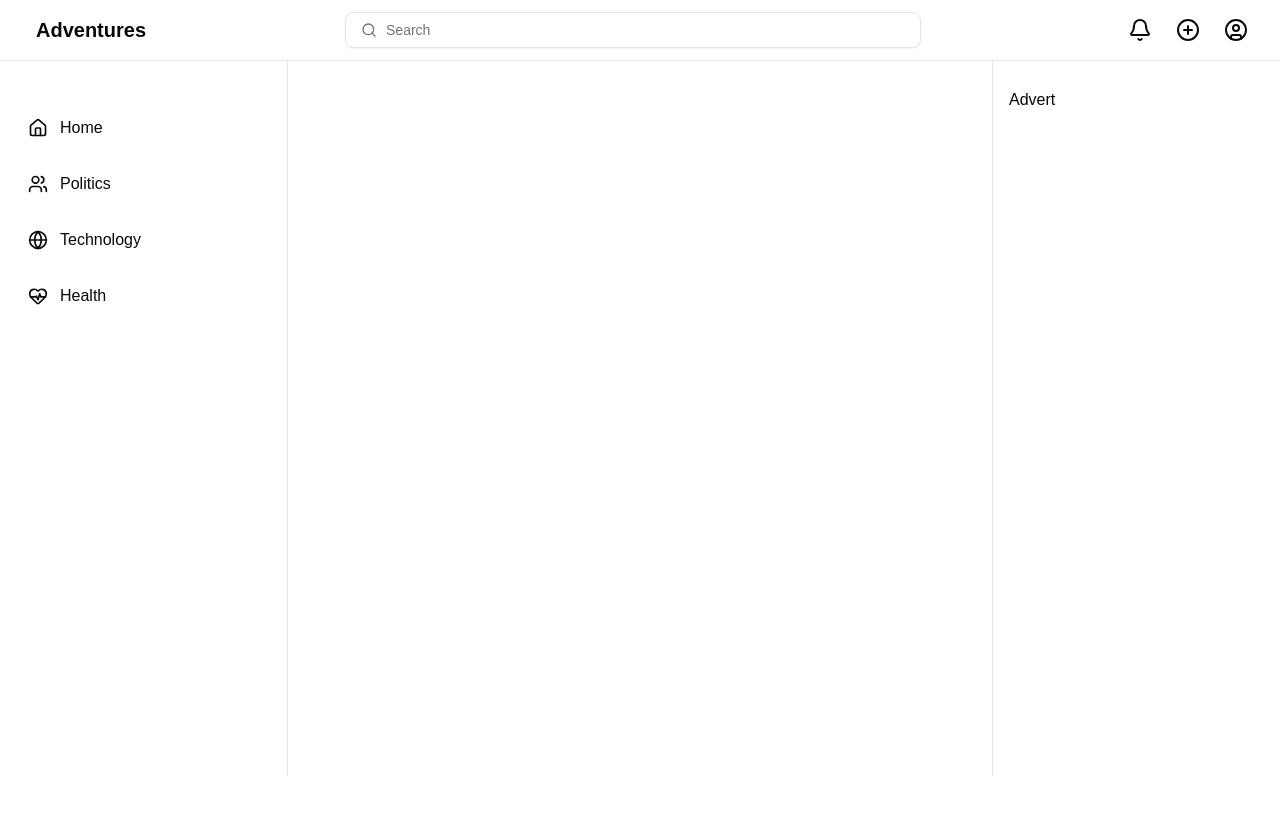
Repository: IssaMuiz/afrixpace-frontend
Page: /
The author's editor kept a copy of each file at every save. The page is drawn from the files as they stood at one save, then again after the next save.
The browser window is 1280 px wide. The pictures show the whole page.
The page's requests for data from a server got no answer. The project was rebuilt for these pictures with package versions that can differ from the ones it lists, and the page was loaded fresh each time. The framework's server and built-in components were replaced by stand-ins that run in the browser. No one was signed in, and anything a server would have sent is missing. Also part of the build but not shown: next.config.ts, components/ui/card.tsx, components/Vote.tsx, components/PostCard.tsx.

Above is the page before, as saved 2025-02-05 04:53:14.

### app/layout.tsx
import type { Metadata } from "next";
import { Geist, Geist_Mono } from "next/font/google";
import "./globals.css";
import Navbar from "@/components/Navbar";
import Sidebar from "@/components/Sidebar";
import AdvertBar from "@/components/Advertbar";

const geistSans = Geist({
  variable: "--font-geist-sans",
  subsets: ["latin"],
});

const geistMono = Geist_Mono({
  variable: "--font-geist-mono",
  subsets: ["latin"],
});

export const metadata: Metadata = {
  title: "Adventurer app",
  description: "Share your adventure experience here",
};

export default function RootLayout({
  children,
}: Readonly<{
  children: React.ReactNode;
}>) {
  return (
    <html lang="en">
      <body
        className={`${geistSans.variable} ${geistMono.variable} min-h-screen antialiased`}
      >
        <Navbar />
        <div className="grid grid-rows-1 lg:grid-rows-[1fr_250px] xl:grid-rows-[250px_1fr_300px] gap-6 h-screen p-4">
          <Sidebar />

          <main className=" lg:mr-[290px]  xl:mx-[300px]">{children}</main>
          <AdvertBar />
        </div>
      </body>
    </html>
  );
}

### app/page.tsx
import Feed from "@/components/Feed";

const HomePage = () => {
  return (
    <div className="h-screen ">
      <Feed />
    </div>
  );
};

export default HomePage;

### components/Navbar.tsx
"use client";
import { Button } from "./ui/button";
import { Input } from "./ui/input";
import { Search } from "lucide-react";
import { Menu } from "lucide-react";
import { BellIcon } from "lucide-react";
import { UserCircle } from "lucide-react";
import { PlusCircle } from "lucide-react";

const Navbar = () => {
  return (
    <nav className="border-b bg-white z-20 fixed left-0 right-0 top-0 border-gray-200 px-6 py-3 flex justify-between items-center">
      <div className="flex space-x-3 items-center">
        <Menu className="xl:hidden block" />
        <h1 className="lg:hidden block text-2xl font-semibold">A</h1>
        <h1 className="text-xl font-semibold hidden lg:flex">Adventures</h1>
      </div>
      <div className="relative max-w-xl flex-1 mx-5">
        <Search className=" h-4 absolute left-3 top-1/2 transform -translate-y-1/2 text-gray-500" />
        <Input
          type="text"
          placeholder="Search"
          className="pl-10 w-full border rounded-lg"
        />
      </div>

      <div className=" flex space-x-2">
        <Button
          className=" hover:bg-gray-300 rounded-full cursor-pointer border-none shadow-none p-2 "
          variant="outline"
        >
          <BellIcon className="min-h-6 min-w-6" />
        </Button>
        <Button
          className=" hover:bg-gray-300 rounded-full cursor-pointer border-none shadow-none p-2 "
          variant="outline"
        >
          <PlusCircle className="min-h-6 min-w-6" />
        </Button>
        <Button
          className=" hover:bg-gray-300 rounded-full cursor-pointer border-none shadow-none p-2 "
          variant="outline"
        >
          <UserCircle className="min-h-6 min-w-6" />
        </Button>

        {/* <Button variant="outline" className="hover:bg-gray-100">
          Login
        </Button>
        <Button className="hover:bg-white hover:text-black ">Sign up</Button> */}
      </div>
    </nav>
  );
};

export default Navbar;

### components/Sidebar.tsx
"use client";

import Link from "next/link";
import { usePathname } from "next/navigation";
import { categories } from "@/constant";
import { cn } from "@/lib/utils";

const Sidebar = () => {
  const pathname = usePathname();
  return (
    <aside className="fixed hidden xl:block top-14 left-0 bottom-0 w-72 border-r border-gray-200 h-screen dark:bg-gray-900 px-4 pt-12">
      <ul className="space-y-2">
        {categories.map((cat) => (
          <li key={cat.name}>
            <Link
              href={`/${cat.path}`}
              className={cn(
                "flex items-center gap-3 p-3 rounded-md hover:bg-gray-200 dark:hover:bg-gray-800 transition",
                pathname === `/${cat.path}` &&
                  "bg-gray-300 dark:bg-gray-700 font-semibold"
              )}
            >
              <cat.icon className="w-5 h-5" />
              <span>{cat.name}</span>
            </Link>
          </li>
        ))}
      </ul>
    </aside>
  );
};

export default Sidebar;

### components/Advertbar.tsx
const AdvertBar = () => {
  return (
    <aside className="hidden lg:block fixed right-0 top-14 bottom-0 w-72 border-l border-gray-200 h-full bg-white pt-8 px-4">
      Advert
    </aside>
  );
};

export default AdvertBar;

### components/Feed.tsx
"use client";

import { useEffect, useState } from "react";
import PostCard from "./PostCard";

interface Post {
  id: string;
  title: string;
  content: string;
  votes: number;
  mediaUrl?: string;
  mediaType: "image" | "video";
}

const Feed = () => {
  const [posts, setPosts] = useState<Post[]>([]);

  useEffect(() => {
    async function fetchPost() {
      const res = await fetch("/api/posts");
      const data = await res.json();
      setPosts(data);
    }
    fetchPost();
  }, []);
  return (
    <section className="space-y-6 mt-20">
      {posts.map((post) => (
        <PostCard key={post.id} post={post} />
      ))}
    </section>
  );
};

export default Feed;

### components/ui/button.tsx
import * as React from "react"
import { Slot } from "@radix-ui/react-slot"
import { cva, type VariantProps } from "class-variance-authority"

import { cn } from "@/lib/utils"

const buttonVariants = cva(
  "inline-flex items-center justify-center gap-2 whitespace-nowrap rounded-md text-sm font-medium transition-colors focus-visible:outline-none focus-visible:ring-1 focus-visible:ring-ring disabled:pointer-events-none disabled:opacity-50 [&_svg]:pointer-events-none [&_svg]:size-4 [&_svg]:shrink-0",
  {
    variants: {
      variant: {
        default:
          "bg-primary text-primary-foreground shadow hover:bg-primary/90",
        destructive:
          "bg-destructive text-destructive-foreground shadow-sm hover:bg-destructive/90",
        outline:
          "border border-input bg-background shadow-sm hover:bg-accent hover:text-accent-foreground",
        secondary:
          "bg-secondary text-secondary-foreground shadow-sm hover:bg-secondary/80",
        ghost: "hover:bg-accent hover:text-accent-foreground",
        link: "text-primary underline-offset-4 hover:underline",
      },
      size: {
        default: "h-9 px-4 py-2",
        sm: "h-8 rounded-md px-3 text-xs",
        lg: "h-10 rounded-md px-8",
        icon: "h-9 w-9",
      },
    },
    defaultVariants: {
      variant: "default",
      size: "default",
    },
  }
)

export interface ButtonProps
  extends React.ButtonHTMLAttributes<HTMLButtonElement>,
    VariantProps<typeof buttonVariants> {
  asChild?: boolean
}

const Button = React.forwardRef<HTMLButtonElement, ButtonProps>(
  ({ className, variant, size, asChild = false, ...props }, ref) => {
    const Comp = asChild ? Slot : "button"
    return (
      <Comp
        className={cn(buttonVariants({ variant, size, className }))}
        ref={ref}
        {...props}
      />
    )
  }
)
Button.displayName = "Button"

export { Button, buttonVariants }

### components/ui/input.tsx
import * as React from "react"

import { cn } from "@/lib/utils"

const Input = React.forwardRef<HTMLInputElement, React.ComponentProps<"input">>(
  ({ className, type, ...props }, ref) => {
    return (
      <input
        type={type}
        className={cn(
          "flex h-9 w-full rounded-md border border-input bg-transparent px-3 py-1 text-base shadow-sm transition-colors file:border-0 file:bg-transparent file:text-sm file:font-medium file:text-foreground placeholder:text-muted-foreground focus-visible:outline-none focus-visible:ring-1 focus-visible:ring-ring disabled:cursor-not-allowed disabled:opacity-50 md:text-sm",
          className
        )}
        ref={ref}
        {...props}
      />
    )
  }
)
Input.displayName = "Input"

export { Input }

### constant.ts
import { Home, Users, Globe, HeartPulseIcon } from "lucide-react";

export const categories = [
  {
    name: "Home",
    icon: Home,
    path: "/",
  },
  {
    name: "Politics",
    icon: Users,
    path: "explore/politics",
  },
  {
    name: "Technology",
    icon: Globe,
    path: "explore/technology",
  },
  {
    name: "Health",
    icon: HeartPulseIcon,
    path: "explore/health",
  },
];

### lib/utils.ts
/* eslint-disable @typescript-eslint/no-explicit-any */
import { clsx } from "clsx";
import { twMerge } from "tailwind-merge";

export function cn(...inputs: any[]) {
  return twMerge(clsx(inputs));
}

### tailwind.config.ts
import type { Config } from "tailwindcss";
import tailwindAnimate from "tailwindcss-animate";

export default {
  darkMode: ["class"],
  content: [
    "./pages/**/*.{js,ts,jsx,tsx,mdx}",
    "./components/**/*.{js,ts,jsx,tsx,mdx}",
    "./app/**/*.{js,ts,jsx,tsx,mdx}",
  ],
  theme: {
    extend: {
      colors: {
        background: "hsl(var(--background))",
        foreground: "hsl(var(--foreground))",
        card: {
          DEFAULT: "hsl(var(--card))",
          foreground: "hsl(var(--card-foreground))",
        },
        popover: {
          DEFAULT: "hsl(var(--popover))",
          foreground: "hsl(var(--popover-foreground))",
        },
        primary: {
          DEFAULT: "hsl(var(--primary))",
          foreground: "hsl(var(--primary-foreground))",
        },
        secondary: {
          DEFAULT: "hsl(var(--secondary))",
          foreground: "hsl(var(--secondary-foreground))",
        },
        muted: {
          DEFAULT: "hsl(var(--muted))",
          foreground: "hsl(var(--muted-foreground))",
        },
        accent: {
          DEFAULT: "hsl(var(--accent))",
          foreground: "hsl(var(--accent-foreground))",
        },
        destructive: {
          DEFAULT: "hsl(var(--destructive))",
          foreground: "hsl(var(--destructive-foreground))",
        },
        border: "hsl(var(--border))",
        input: "hsl(var(--input))",
        ring: "hsl(var(--ring))",
        chart: {
          "1": "hsl(var(--chart-1))",
          "2": "hsl(var(--chart-2))",
          "3": "hsl(var(--chart-3))",
          "4": "hsl(var(--chart-4))",
          "5": "hsl(var(--chart-5))",
        },
      },
      borderRadius: {
        lg: "var(--radius)",
        md: "calc(var(--radius) - 2px)",
        sm: "calc(var(--radius) - 4px)",
      },
    },
  },

  plugins: [tailwindAnimate],
} satisfies Config;

Loaded but not shown: app/globals.css (common file)

After the next save:
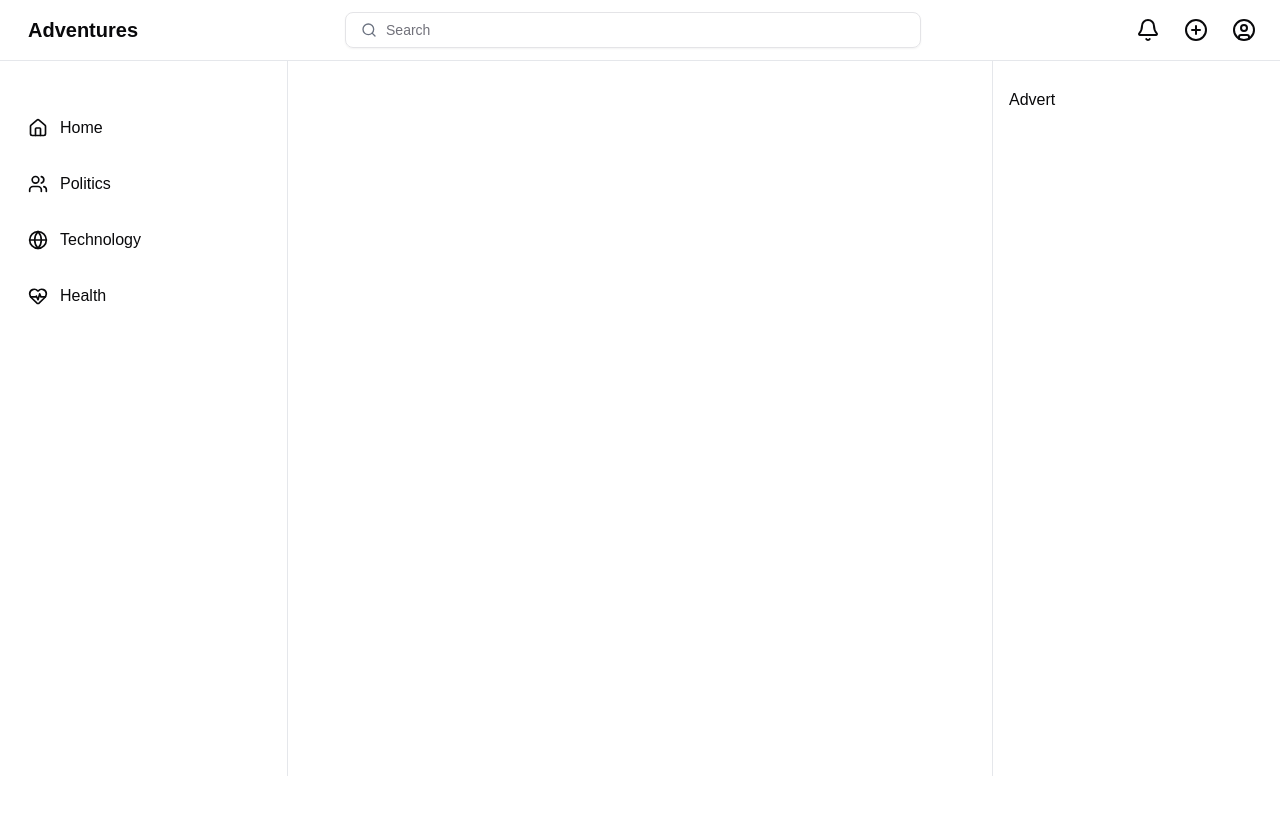
Saved 28 s later.
--- a/components/Navbar.tsx
+++ b/components/Navbar.tsx
@@ -9,7 +9,7 @@ import { PlusCircle } from "lucide-react";
 
 const Navbar = () => {
   return (
-    <nav className="border-b bg-white z-20 fixed left-0 right-0 top-0 border-gray-200 px-6 py-3 flex justify-between items-center">
+    <nav className="border-b bg-white z-20 fixed left-0 right-0 top-0 border-gray-200 px-4 py-3 flex justify-between items-center">
       <div className="flex space-x-3 items-center">
         <Menu className="xl:hidden block" />
         <h1 className="lg:hidden block text-2xl font-semibold">A</h1>
